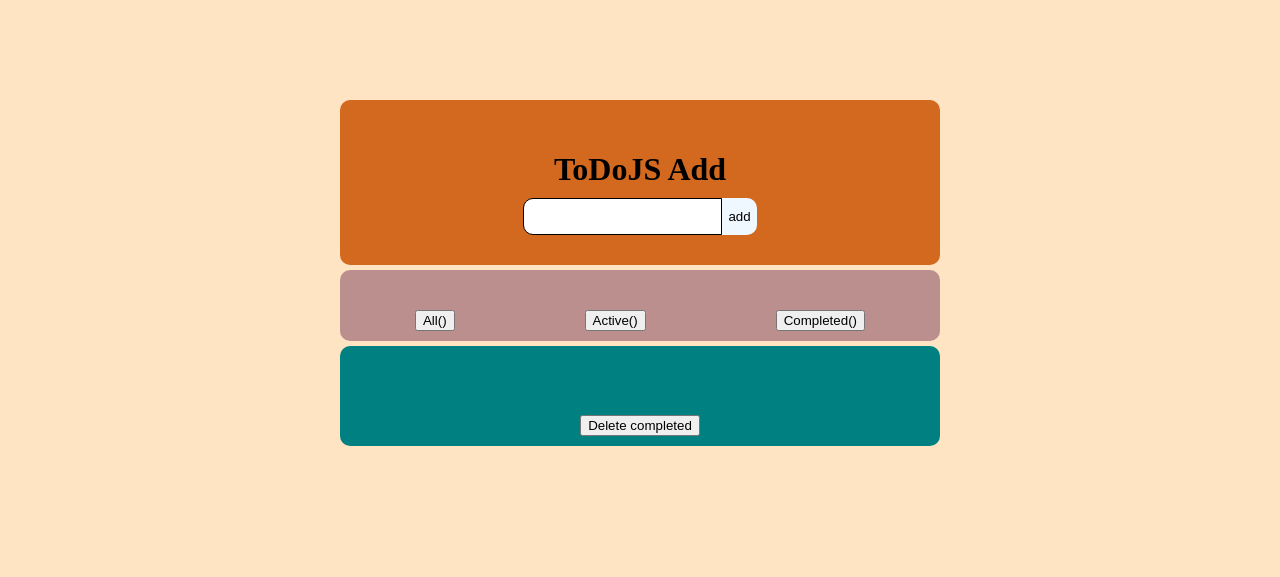
Repository: Savich01/ToDo
Page: index.html
These files come from the project's save history. The page is drawn as it stood at one moment and after the next save; the edit follows.
The browser window is 1280 px wide. The pictures show the whole page.

Above is the page before, as saved 2024-05-06 14:12:03.
Console error: TypeError: Cannot read properties of null (reading 'addEventListener')

After the next save:
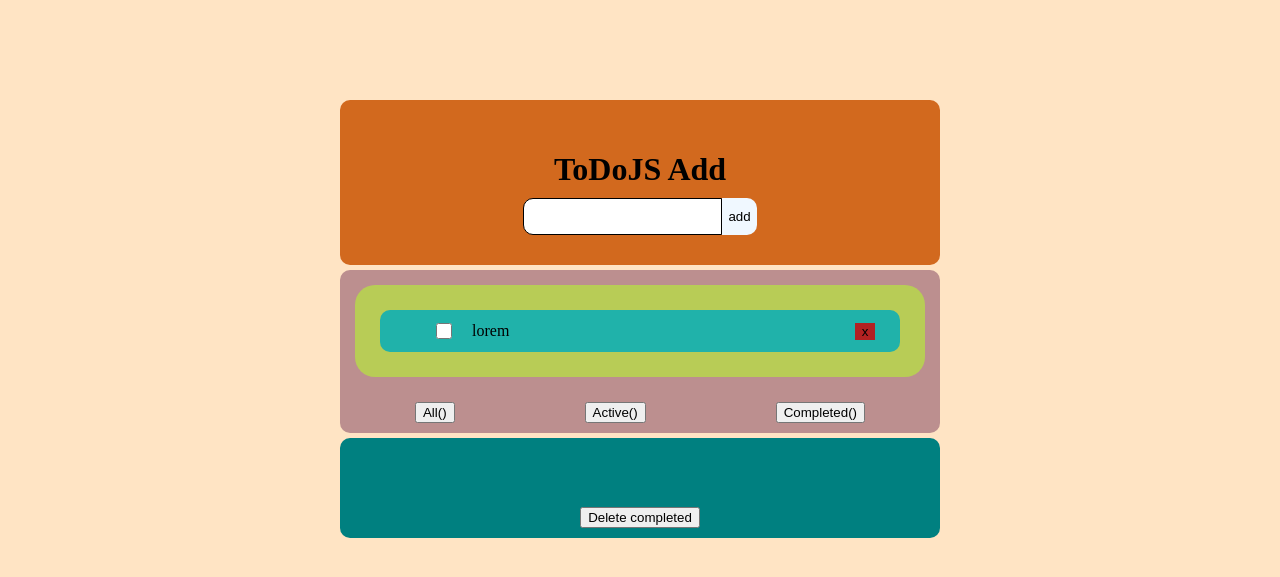
The error is gone.
Saved 2 min 30 s later.
--- a/index.html
+++ b/index.html
@@ -22,7 +22,7 @@
         <div class="main-block">
 
             <div class="main-container">
-                <!-- <ul class="main-container--list">
+                <ul class="main-container--list">
                     <li class="main-container--list-link">
                         <input class="main-checked" type="checkbox">
                         <span class="main-text">lorem</span>
@@ -30,7 +30,7 @@
                     <button class="main--list-btn">
                         х
                     </button>
-               </ul>  -->
+               </ul>
             </div>
 
 
